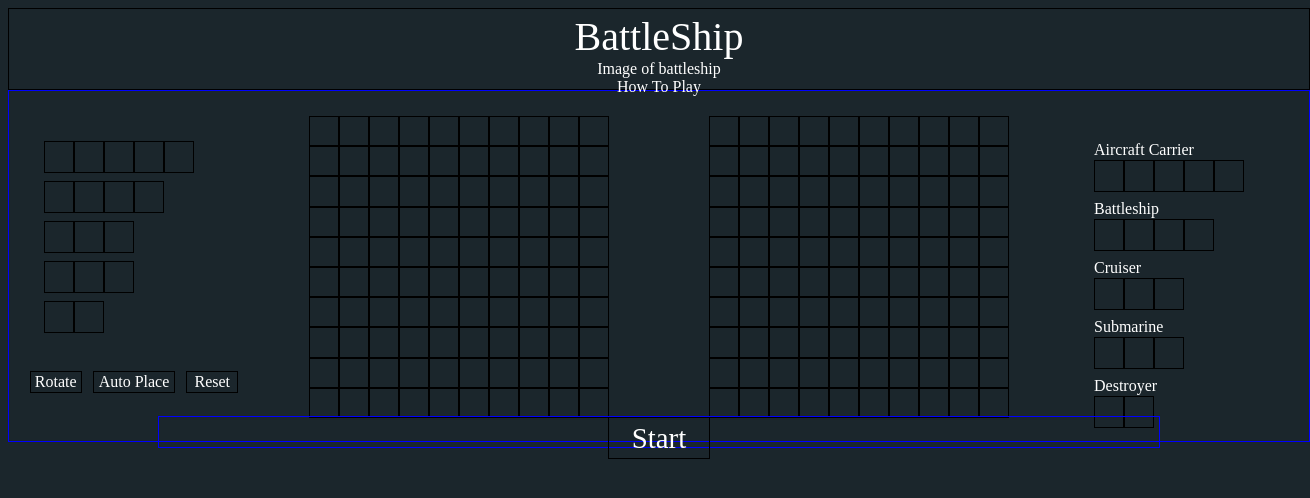
Repository: J-Haze/BattleshipApp
Page: /
These files come from the project's save history. The page is drawn as it stood at one moment and after the next save; the edit follows.
The browser window is 1280 px wide. The page is 1310 px wide, so the pictures cover 1310 px, including what lies to the right of the window. The pictures show the whole page.
The project was rebuilt for these pictures with package versions that can differ from the ones it lists, and the page was loaded fresh each time. Also part of the build but not shown: src/index.css, src/Components/ModalEnd.js, src/Components/ModalHowTo.js.

Above is the page before, as saved 2020-09-26 18:39:16.

### src/App.js
import React from "react";
import "./App.css";
import Game from "./Components/Game";
import Header from "./Components/Header"
// import { ProgressPlugin } from "webpack";

//test

function App() {
  return (
    <div className="App">
      <Header />
      <Game />
    </div>
  );
}

export default App;

### src/App.css
/* test */
:root{
    --black: #1B262C;
    --cyan: #67E1F9;
    --red: #d31727;
    --gray: #74777C;
}

body {
    color: white;
    background-color: var(--black)
}

header {
    border: 1px solid black;

    display: flex;
    flex-direction: column;
    justify-content: center;
    align-items: center;
    margin-left: auto;
    margin-right: auto;
    width: 1300px;
    height: 80px;

}

/* div {
    border: 1px solid black;
} */

#battleship{
    font-size: 2.5em;
    margin-top: 10px;
}

#how-to:hover{
    cursor: pointer;
}

#game{
    width: 1300px;
    height: 350px;
    display: flex;
    flex-direction: column;
    border: 1px solid blue;
    margin-left: auto;
    margin-right: auto;
}

.column{
    width: 400px;
    height: 100%;
    /* border: 1px solid red; */
}

.board{
    height: 300px;
    width: 300px;
    margin-left: auto;
    margin-right: auto;
    margin-top: 25px;

    display: grid;
    grid-template-columns: repeat(1, 1fr);
    grid-template-rows: repeat(10, 1fr);
    gap: 2px;
}

.row{
    display: flex;
    /* height: 30px; */
    height: 1fr;
    width: 1fr;
}

.square{
    /* height: 100%;
    width: 10%; */
    display: flex;
    height: 100%;
    width: 10%;
    border: 1px solid black;
}

.ship{
    background-color:gray;
    height: 100%;
    width: 100%;
}

.hit{
    background-color:var(--red);
    height: 100%;
    width: 100%;
}

.miss{
    background-color:var(--cyan);
    height: 100%;
    width: 100%;
}

.sunk{
    background-color:black;
    height: 100%;
    width: 100%;
}

.empty{
    /* background-color: yellow; */
    height: 100%;
    width: 100%;
}

.clickable:hover{
    background-color: rgb(205, 205, 205);
    cursor: pointer;
}

#top-row{
    display: flex;
    width: 1300px;
    height: 350px;
    /* border: 1px solid blue; */
    margin-left: auto;
    margin-right: auto;
}

#bottom-row{
    display: flex;
    width: 1000px;
    height: 30px;
    border: 1px solid blue;
    margin-left: auto;
    margin-right: auto;
}

#start-button{
    margin-left: auto;
    margin-right: auto;
}

.fleet-square{
    width: 30px;
    height: 30px;
    border: 1px solid black;
}

.ship-text{
    margin-left: 20px;
    margin-right: auto;
    margin-bottom: 1px;
    /* border: 1px solid black; */
}

.fleet-horizontal{
    height: 220px;
    width: 220px;
    margin-top: 50px;
    margin-left: auto;
    margin-right: auto;
}

.ship-harbor-horizontal{
    display: flex;
    height: 30px;
    margin-bottom: 10px;
    margin-left: 20px;
    border: none;
}

.carrier-horizontal{
    width: 150px;
}

.battleship-horizontal{
    width: 120px;
}

.cruiser-horizontal{
    width: 90px;
}

.submarine-horizontal{
    width: 90px;
}

.destroyer-horizontal{
    width: 60px;
}

.fleet-vertical{
    display: flex;
    height: 220px;
    width: 220px;
    margin-top: 50px;
    margin-left: auto;
    margin-right: auto;
}

.ship-harbor-vertical{
    display: flex;
    flex-direction: column;
    width: 30px;
    margin-left: 10px;
    margin-top: 50px;
    border: none;
}

.carrier-vertical{
    height: 150px;
}

.battleship-vertical{
    height: 120px;
}

.cruiser-vertical{
    height: 90px;
}

.submarine-vertical{
    height: 90px;
}

.destroyer-vertical{
    height: 60px;
}

.toggle{
    background-color: gray;
}

.boat-placed{
    background-color: black;
    width: 30px;
    height: 30px;
    border: 1px solid black;
}

#setup{
    margin-left: auto;
    margin-right: auto;
}

#setup-buttons{
    display: flex;
    margin-top: 10px;
}

.btn{
    height: 20px;
    display: flex;
    justify-content: center;
    align-items: center;
    margin-left: auto;
    margin-right: auto;
    border: 1px solid black;
}

.btn:hover{
    cursor: pointer;
}

#rotate{
    width: 50px;
}

#auto-place{
    width: 80px;
}

#reset{
    width: 50px;
}

#start-button{
    border: 1px solid black;
    display: flex;
    justify-content: center;
    align-items: center;
    width: 100px;
    height: 40px;
    font-size: 1.8em;
}

#start-button:hover{
    cursor: pointer;
}

#newGame{
    border: 1px solid black;
    display: flex;
    justify-content: center;
    align-items: center;
    margin-left: auto;
    margin-right: auto;
    width: 80px;
    height: 30px;
}

#newGame:hover{
    cursor: pointer;
}


/* End of Game Modal */

.modal{
    display: block;
    position: fixed;
    z-index: 1;
    left: 0;
    top: 0;
    width: 100vw;
    min-width: 1300px;
    height: 100vh;
    /* overflow: auto; */
    background-color: rgb(0,0,0);
    background-color: rgba(0,0,0,0.4);
  }

  .modal-content{
    display: flex;
    flex-direction: column;
    background-color: #fefefe;
    margin-left: auto;
    margin-right: auto;
    margin-top: 1vh;
    padding: 20px;
    padding-top: 0px;
    border: 1px solid #888;
    width: 600px;
    justify-content: center;
    align-items: center;
  }

  .close{
    color: #aaa;
    float: right;
    margin-left: 100%;
    font-size: 28px;
    height: 10px;
    font-weight: bold;
    /* border: 1px solid black; */
  }

  .close:hover, .close:focus {
    color: black;
    text-decoration: none;
    cursor: pointer;
  }

  .message{
      font-size: 3em;
      /* border: 1px solid black; */
      margin-bottom: 5px;
  }

.image{
    width: 500px;
    margin-left: auto;
    margin-right: auto;
    margin-bottom: 20px;
}

.space{
    margin-top: 7px;
}

.phases{
    margin-top: 15px;
}

.setup-space{
    margin-top: 3px;
}

.indent{
    margin-left: 5px;
}

### src/Components/Header.js
import React, { useState, useEffect } from "react"
import ModalHowTo from "./ModalHowTo.js"
// import shipFactory from "../factories/ship"
// import gameboardFactory from "../factories/gameboard"
// import player from "../factories/player"


function Header() {
    const [howToOpen, setHowToOpen] = useState(false);


    function howTo() {
        setHowToOpen(true)
    }

    function hideHowTo() {
        setHowToOpen(false)
    }

    return (
        <header>
            <div id="battleship">BattleShip</div>
            <div> Image of battleship </div>
            <div id="how-to" onClick={() => howTo()}> How To Play
            </div>
            {howToOpen && <ModalHowTo
                hideHowTo={hideHowTo}
            />}
        </header>
    )
}


export default Header;

### src/factories/ship.js

const shipFactory = (shipLength) => {
    const shipNames = {
        1: 'Submarine',
        2: 'Destroyer',
        3: 'Cruiser',
        4: 'Battleship',
        5: 'Carrier',
    };

    const name = shipNames[shipLength];

    if (shipLength == 1) {
        shipLength = 3;
    }


    let ship = [];
    for (let i = 0; i < shipLength; i++) {
        ship.push([false, i, name])
    }

    let hit = (hitLocation) => {
        ship[hitLocation] = [true, hitLocation, name];
        console.log("Hit!", ship)
        console.log(`You've hit my ${name}`)
        // console.log("hits length", hit.length)
        // console.log("ship.length", ship.length)
        return ship
    }

    let isSunk = () => {
        let sunkStatus = false
        ship[0][0] == true ? sunkStatus = true : sunkStatus = false
        for (let square in ship) {
            // console.log("ship:", ship)
            // console.log(ship[square])
            sunkStatus = (ship[square][0] && sunkStatus)
        }
        // let sunkStatus = ship[0].every(Boolean);
        return sunkStatus
    }

    return {
        //id,
        name,
        shipLength,
        ship,
        hit,
        isSunk
    }
}

// const destroyer = shipFactory(2)
// const cruiser = shipFactory(3)
// const battleship = shipFactory(4)
// const carrier = shipFactory(5)

export default shipFactory;

//export default {shipFactory, destroyer, cruiser, battleship, carrier}

//Comment out with not testing
// module.exports = shipFactory;

### src/factories/player.js
// import shipFactory from "./ship"
import gameboardFactory from "./gameboard"

const player = (playerName) => {
    // const submarine = shipFactory(1)
    // const destroyer = shipFactory(2)
    // const cruiser = shipFactory(3)
    // const battleship = shipFactory(4)
    // const carrier = shipFactory(5)
    const getBoard = gameboardFactory();
    const gameboard = getBoard;
    let attackCoord = 100;
    let index = 100;

    const squaresToGuess = [];

    for (let i = 0; i <= 99; i++) {
        squaresToGuess.push(i);
    }
    // console.log(squaresToGuess)

    //Randomly sends an attack
    const sendAttack = (coord) => {
        // if (playerName == "Computer") {
        // }
        // console.log("yes", playerName)
        if (playerName == "Player") {
            attackCoord = coord;
            index = squaresToGuess.indexOf(attackCoord);
            squaresToGuess.splice(index, 1);
        } else {
            // console.log("s2g", squaresToGuess.length - 1)
            attackCoord = Math.floor(Math.random() * (squaresToGuess.length - 1));
            index = squaresToGuess.indexOf(attackCoord);
            squaresToGuess.splice(index, 1);
            // console.log("index:", index)
        }

        // console.log({ attackCoord })
        // console.log("squares to guess:", squaresToGuess)
        return attackCoord
    }



    //send attack will take coordinates and "send an attack" to the OPPOSING board
    //Need to make sure it has an array of 0-99 and takes away the guessed numbers from that array.
    //random between 0 and array.length

    return {
        gameboard,
        squaresToGuess,
        sendAttack
    }
}








export default player;

### src/Components/Board.js
import React, { useState, useEffect } from "react"
// import shipFactory from "../factories/ship"
// import gameboardFactory from "../factories/gameboard"
// import player from "../factories/player"
// import Square from "./Square.js"
import Row from "./Row.js"
// import Player from "./Player.js"

function Board(props) {
    let { id, board, phase, boardID, handlePlaceShip, update } = props;

    const [rowState, setRows] = useState([]);

    // let rows = [];


    useEffect(() => {
        let rows = [];
        for (let i = 0; i < board.length; i += 10) {
            rows.push(board.slice(i, i + 10));
        }
        setRows(rows);
    }, [update]
    );



    return (
        <div id={id} className="board">
            {/* {squareItems} */}
            {rowState.map((row, i) => {
                return (
                    <Row
                        key={i}
                        roww={i}
                        rowObj={row}
                        phase={phase}
                        boardID={boardID}
                        handlePlaceShip={handlePlaceShip}
                    // position={[i, j]}
                    // position={square}
                    // key={square.}
                    // key={book.title}
                    // book={book}
                    // handleDelete={handleDelete}
                    // toggleRead={toggleRead}
                    // toggleReading={toggleReading}
                    // toggleNotRead={toggleNotRead}
                    />
                );
            })
            }
        </div>
    )
}

export default Board;

### src/Components/Row.js
import React, { useState, useEffect } from "react"
// import shipFactory from "../factories/ship"
// import gameboardFactory from "../factories/gameboard"
// import player from "../factories/player"
import Square from "./Square"

function Row(props) {
    let { roww, rowObj, handleClick, phase, boardID, handlePlaceShip, update } = props;


    useEffect(() => {
        rowObj = rowObj;
    },
        [update]
    );

    return (
        <div className="row">
            {rowObj.map((square, j) => {
                return (
                    <Square
                        key={j}
                        row={roww}
                        col={j}
                        squareObj={square}
                        handleClick={handleClick}
                        phase={phase}
                        boardID={boardID}
                        handlePlaceShip={handlePlaceShip}
                    />
                );
            })
            }
        </div>
    )
};
export default Row;

### src/Components/PlayerFleet.js
import React, { useState, useEffect } from "react"

function PlayerFleet(props) {

    let toggledCarrier = "";
    let toggledBattleship = "";
    let toggledCruiser = "";
    let toggledSubmarine = "";
    let toggledDestroyer = "";

    let carrierClass = "fleet-square";
    let battleshipClass = "fleet-square";
    let cruiserClass = "fleet-square";
    let submarineClass = "fleet-square";
    let destroyerClass = "fleet-square";

    let carrierClickable = "clickable";
    let battleshipClickable = "clickable";
    let cruiserClickable = "clickable";
    let submarineClickable = "clickable";
    let destroyerClickable = "clickable";

    // useEffect(() => {
    //     console.log("boatsPlaced:", props.boatsPlaced)
    // }, [props.boatsPlaced, props.update]
    // );

    if (props.placingShip == "carrier" || props.boatsPlaced.includes("carrier")) {
        toggledCarrier = " toggle";
    } else {
        toggledCarrier = "";
    };

    if (props.placingShip == "battleship" || props.boatsPlaced.includes("battleship")) {
        toggledBattleship = " toggle";
    } else {
        toggledBattleship = "";
    };

    if (props.placingShip == "cruiser" || props.boatsPlaced.includes("cruiser")) {
        toggledCruiser = " toggle";
    } else {
        toggledCruiser = "";
    };

    if (props.placingShip == "submarine" || props.boatsPlaced.includes("submarine")) {
        toggledSubmarine = " toggle";
    } else {
        toggledSubmarine = "";
    };

    if (props.placingShip == "destroyer" || props.boatsPlaced.includes("destroyer")) {
        toggledDestroyer = " toggle";
    } else {
        toggledDestroyer = "";
    };

    if (props.boatsPlaced.includes("carrier")) {
        carrierClickable = "";
    } else {
        carrierClickable = "clickable"
    }

    if (props.boatsPlaced.includes("battleship")) {
        battleshipClickable = "";
    } else {
        battleshipClickable = "clickable"
    }

    if (props.boatsPlaced.includes("cruiser")) {
        cruiserClickable = "";
    } else {
        cruiserClickable = "clickable"
    }

    if (props.boatsPlaced.includes("submarine")) {
        submarineClickable = "";
    } else {
        submarineClickable = "clickable"
    }

    if (props.boatsPlaced.includes("destroyer")) {
        destroyerClickable = "";
    } else {
        destroyerClickable = "clickable"
    }

    //fleet-square, toggled, placed
    let squareClass = "fleet-square";


    if (props.orient == "horizontal") {
        return (
            <div id={props.id} className="fleet-horizontal" >
                <div className={`carrier-horizontal ${carrierClickable} ship-harbor-horizontal${toggledCarrier}`} onClick={() => props.togglePlacement("carrier")}>
                    <div className={carrierClass}></div>
                    <div className={carrierClass}></div>
                    <div className={carrierClass}></div>
                    <div className={carrierClass}></div>
                    <div className={carrierClass}></div>
                </div>
                <div className={`battleship-horizontal ${battleshipClickable} ship-harbor-horizontal${toggledBattleship}`} onClick={() => props.togglePlacement("battleship")}>
                    <div className={battleshipClass}></div>
                    <div className={battleshipClass}></div>
                    <div className={battleshipClass}></div>
                    <div className={battleshipClass}></div>
                </div>
                <div className={`cruiser-horizontal ${cruiserClickable} ship-harbor-horizontal${toggledCruiser}`} onClick={() => props.togglePlacement("cruiser")}>
                    <div className={cruiserClass}></div>
                    <div className={cruiserClass}></div>
                    <div className={cruiserClass}></div>
                </div>
                <div className={`submarine-horizontal ${submarineClickable} ship-harbor-horizontal${toggledSubmarine}`} onClick={() => props.togglePlacement("submarine")}>
                    <div className={submarineClass}></div>
                    <div className={submarineClass}></div>
                    <div className={submarineClass}></div>
                </div>
                <div className={`destroyer-horizontal ${destroyerClickable} ship-harbor-horizontal${toggledDestroyer}`} onClick={() => props.togglePlacement("destroyer")}>
                    <div className={destroyerClass}></div>
                    <div className={destroyerClass}></div>
                </div>
            </div >
        )
    } else {
        return (
            <div id={props.id} className="fleet-vertical" >
                <div className={`carrier-vertical ${carrierClickable} ship-harbor-vertical${toggledCarrier}`} onClick={() => props.togglePlacement("carrier")} >
                    <div className={carrierClass}></div>
                    <div className={carrierClass}></div>
                    <div className={carrierClass}></div>
                    <div className={carrierClass}></div>
                    <div className={carrierClass}></div>
                </div>
                <div className={`battleship-vertical ${battleshipClickable} ship-harbor-vertical${toggledBattleship}`} onClick={() => props.togglePlacement("battleship")} >
                    <div className={battleshipClass}></div>
                    <div className={battleshipClass}></div>
                    <div className={battleshipClass}></div>
                    <div className={battleshipClass}></div>
                </div>
                <div className={`cruiser-vertical ${cruiserClickable} ship-harbor-vertical${toggledCruiser}`} onClick={() => props.togglePlacement("cruiser")} >
                    <div className={cruiserClass}></div>
                    <div className={cruiserClass}></div>
                    <div className={cruiserClass}></div>
                </div>
                <div className={`submarine-vertical ${submarineClickable} ship-harbor-vertical${toggledSubmarine}`} onClick={() => props.togglePlacement("submarine")} >
                    <div className={submarineClass}></div>
                    <div className={submarineClass}></div>
                    <div className={submarineClass}></div>
                </div>
                <div className={`destroyer-vertical ${destroyerClickable} ship-harbor-vertical${toggledDestroyer}`} onClick={() => props.togglePlacement("destroyer")} >
                    <div className={destroyerClass}></div>
                    <div className={destroyerClass}></div>
                </div>
            </div >
        )
    }


};

export default PlayerFleet;

### src/Components/Fleet.js
import React, { useState, useEffect } from "react"

function Fleet(props) {

    let sunkCarrier = "";
    let sunkBattleship = "";
    let sunkCruiser = "";
    let sunkSubmarine = "";
    let sunkDestroyer = "";

    if (props.boatsSunk.includes("Carrier")) {
        sunkCarrier = "sunk";
    } else {
        sunkCarrier = "";
    };

    if (props.boatsSunk.includes("Battleship")) {
        sunkBattleship = "sunk";
    } else {
        sunkBattleship = "";
    };

    if (props.boatsSunk.includes("Cruiser")) {
        sunkCruiser = "sunk";
    } else {
        sunkCruiser = "";
    };

    if (props.boatsSunk.includes("Submarine")) {
        sunkSubmarine = "sunk";
    } else {
        sunkSubmarine = "";
    };

    if (props.boatsSunk.includes("Destroyer")) {
        sunkDestroyer = "sunk";
    } else {
        sunkDestroyer = "";
    };

    return (
        <div id={props.id} className="fleet-horizontal" >
            <div className="ship-text">Aircraft Carrier</div>
            <div className={`carrier-horizontal ship-harbor-horizontal ${sunkCarrier}`} >
                <div className="fleet-square"></div>
                <div className="fleet-square"></div>
                <div className="fleet-square"></div>
                <div className="fleet-square"></div>
                <div className="fleet-square"></div>
            </div>
            <div className="ship-text"> Battleship </div>
            <div className={`battleship-horizontal ship-harbor-horizontal ${sunkBattleship}`} >
                <div className="fleet-square"></div>
                <div className="fleet-square"></div>
                <div className="fleet-square"></div>
                <div className="fleet-square"></div>
            </div>
            <div className="ship-text">Cruiser</div>
            <div className={`cruiser-horizontal ship-harbor-horizontal ${sunkCruiser}`} >
                <div className="fleet-square"></div>
                <div className="fleet-square"></div>
                <div className="fleet-square"></div>
            </div>
            <div className="ship-text">Submarine</div>
            <div className={`submarine-horizontal ship-harbor-horizontal ${sunkSubmarine}`} >
                <div className="fleet-square"></div>
                <div className="fleet-square"></div>
                <div className="fleet-square"></div>
            </div>
            <div className="ship-text">Destroyer</div>
            <div className={`destroyer-horizontal ship-harbor-horizontal ${sunkDestroyer}`} >
                <div className="fleet-square"></div>
                <div className="fleet-square"></div>
            </div>
        </div >
    )


};

export default Fleet;

### src/Components/Square.js
import React, { useState, useEffect } from "react"
// import shipFactory from "../factories/ship"
// import gameboardFactory from "../factories/gameboard"
// import player from "../factories/player"

function Square(props) {

    const id = (props.row * 10 + props.col)

    let attackClick = () => props.handleClick(id);
    let placementClick = () => props.handlePlaceShip(id);

    let placementMode = null;
    let playerAttack = null;

    if (props.phase == "setup") {
        placementMode = placementClick;
        playerAttack = null;
    } else if (props.phase == "playerTurn") {
        placementMode = null;
        playerAttack = attackClick;
    }

    let playerClickable = "";
    if (props.phase == "setup") {
        playerClickable = " clickable"
    } else {
        playerClickable = "";
    }

    let computerClickable = "";
    if (props.phase == "playerTurn") {
        computerClickable = "clickable"
    } else {
        computerClickable = "";
    }

    if (props.boardID == "player") {
        return (
            <div className="square">
                {(props.squareObj != null) ?
                    ((props.squareObj[0] == false) ?
                        (<div className="ship" key={id}></div>) :
                        (props.squareObj[0] == true) ?
                            (<div className="hit" key={id}>X</div>) :
                            (props.squareObj[0] == "sunk") ?
                                (<div className="sunk" key={id}>X</div>) :
                                (props.squareObj == "miss") ?
                                    (<div className="miss" key={id}>X</div>) :
                                    (<div>error</div>)) :
                    (<div className={`empty ${playerClickable}`} key={id} onClick={placementMode}></div>)
                }
            </div>
        )
    } else {
        return (
            <div className="square">
                {(props.squareObj != null) ?
                    ((props.squareObj[0] == false) ?
                        (<div className="ship" key={id} onClick={playerAttack}></div>) :
                        (props.squareObj[0] == true) ?
                            (<div className="hit" key={id}>X</div>) :
                            (props.squareObj[0] == "sunk") ?
                                (<div className="sunk" key={id}>X</div>) :
                                (props.squareObj == "miss") ?
                                    (<div className="miss" key={id}>X</div>) :
                                    (<div>error</div>)) :
                    (<div className={`empty ${computerClickable}`} key={id} onClick={playerAttack}></div>)
                }
            </div>
        )
    }


}

export default Square;

Loaded but not shown: public/index.html (common file); src/index.js (common file); src/serviceWorker.js (common file); src/Components/Game.js (297 lines, source omitted); src/factories/gameboard.js (224 lines, source omitted)

After the next save:
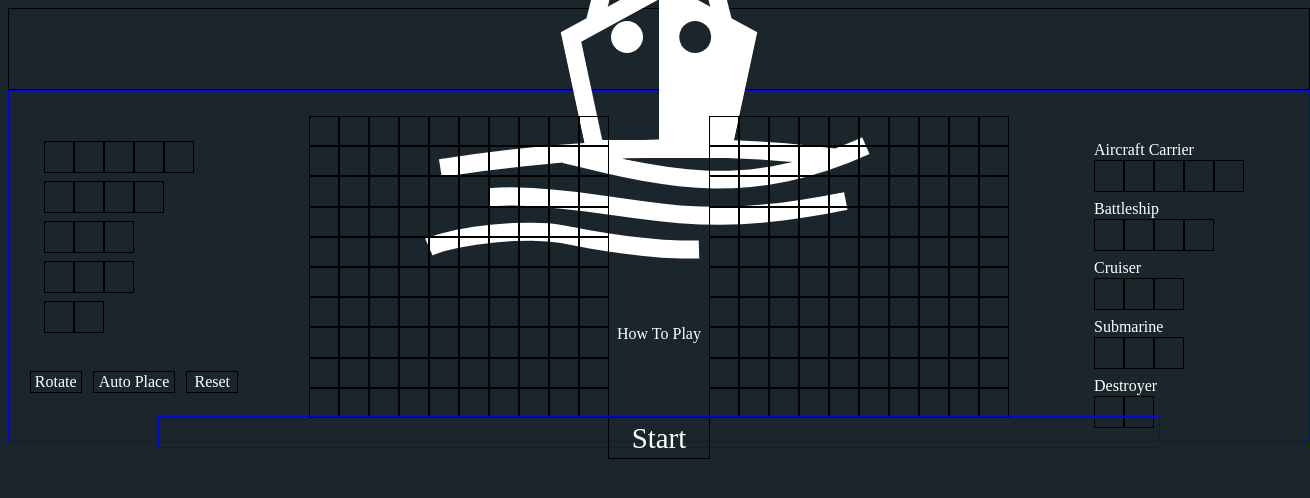
Saved 7 min 29 s later.
--- a/src/Components/Header.js
+++ b/src/Components/Header.js
@@ -1,5 +1,6 @@
 import React, { useState, useEffect } from "react"
 import ModalHowTo from "./ModalHowTo.js"
+import battleship from "../assets/battleship.png"
 // import shipFactory from "../factories/ship"
 // import gameboardFactory from "../factories/gameboard"
 // import player from "../factories/player"
@@ -20,7 +21,7 @@ function Header() {
     return (
         <header>
             <div id="battleship">BattleShip</div>
-            <div> Image of battleship </div>
+            <img id="battleship-icon" src={battleship} />
             <div id="how-to" onClick={() => howTo()}> How To Play
             </div>
             {howToOpen && <ModalHowTo
